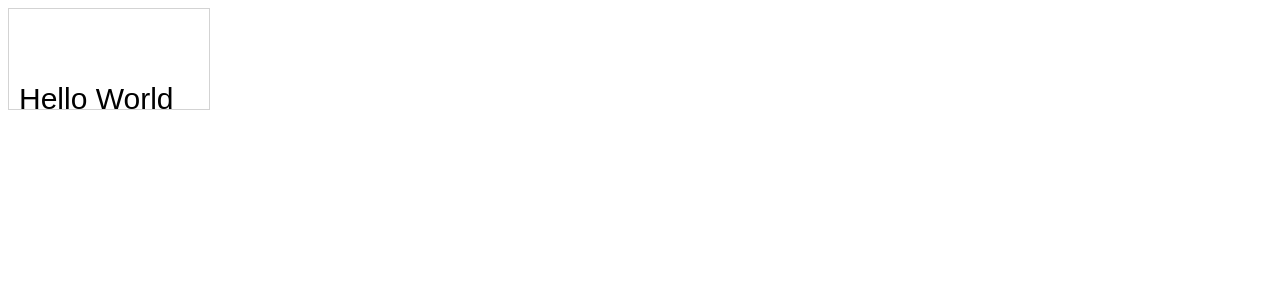
Repository: SonPhamThe/C0622G1-PhamTheSon
Page: ss1-sudungthehtmlcoban/baitap.html
The author's editor kept a copy of each file at every save. The page is drawn from the files as they stood at one save, then again after the next save.
The browser window is 1280 px wide. The pictures show the whole page.

Above is the page before, as saved 2022-07-19 08:55:35.

After the next save:
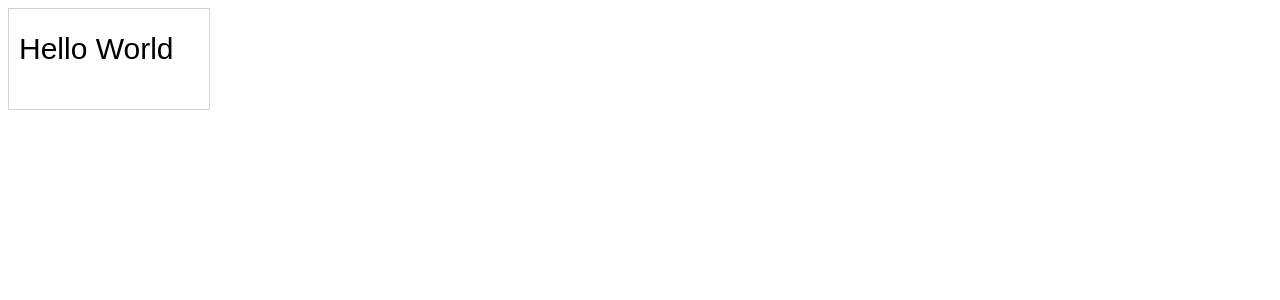
Saved 5 s later.
--- a/ss1-sudungthehtmlcoban/baitap.html
+++ b/ss1-sudungthehtmlcoban/baitap.html
@@ -16,7 +16,7 @@
       var c = document.getElementById("myCanvas");
       var ctx = c.getContext("2d");
       ctx.font = "30px Arial";
-      ctx.fillText("Hello World", 10, 100);
+      ctx.fillText("Hello World", 10, 50);
     </script>
   </body>
 </html>
